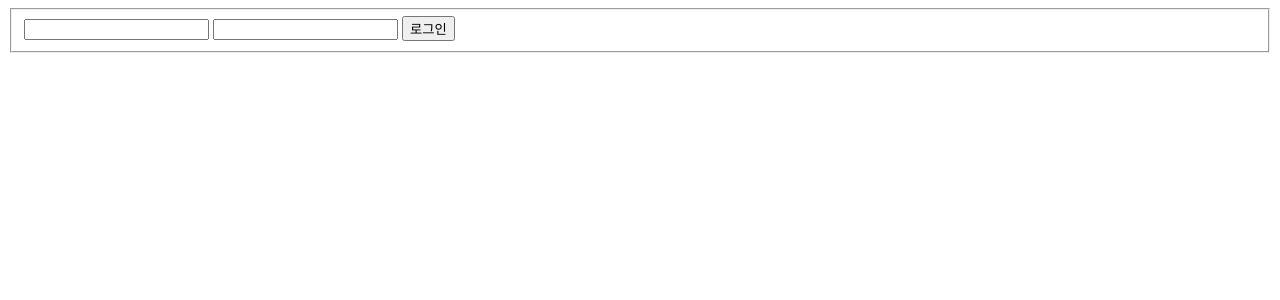
Repository: yejin-yun/server_script_game
Page: Servlet_JSP/model3/WebContent/join.html
The author's editor kept a copy of each file at every save. The page is drawn from the files as they stood at one save, then again after the next save.
The browser window is 1280 px wide. The pictures show the whole page.
Some web libraries are served in a nearby version.

Above is the page before, as saved 2020-02-14 16:06:52.

After the next save:
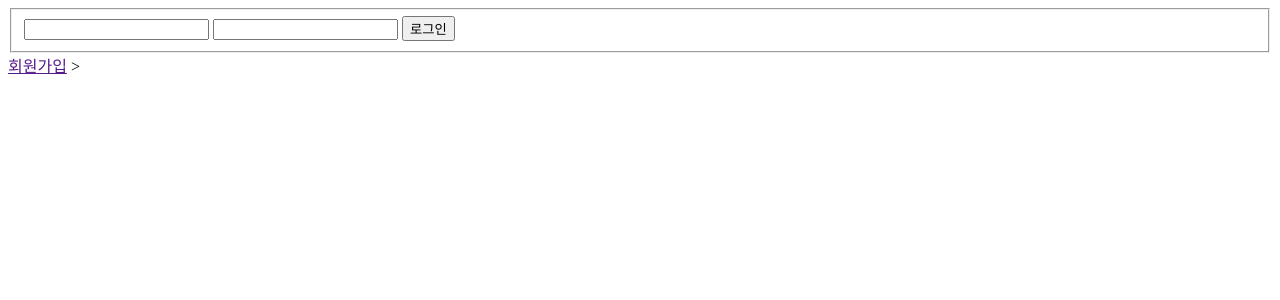
Saved 80 s later.
--- a/Servlet_JSP/model3/WebContent/join.html
+++ b/Servlet_JSP/model3/WebContent/join.html
@@ -43,6 +43,7 @@ $(document).ready(function(){
 			<input type="submit" value="로그인">
 		</form>
 	</fieldset>
+	<a href="">회원가입</a> > <!-- 모델2니까 회원가입은 서블릿으로 가야됨.  -->
 </body>
 </html>
 <!-- 이렇게 jsp에서 직관적으로 흐름에 맞춰서 짜는게 model1 방식 -->
